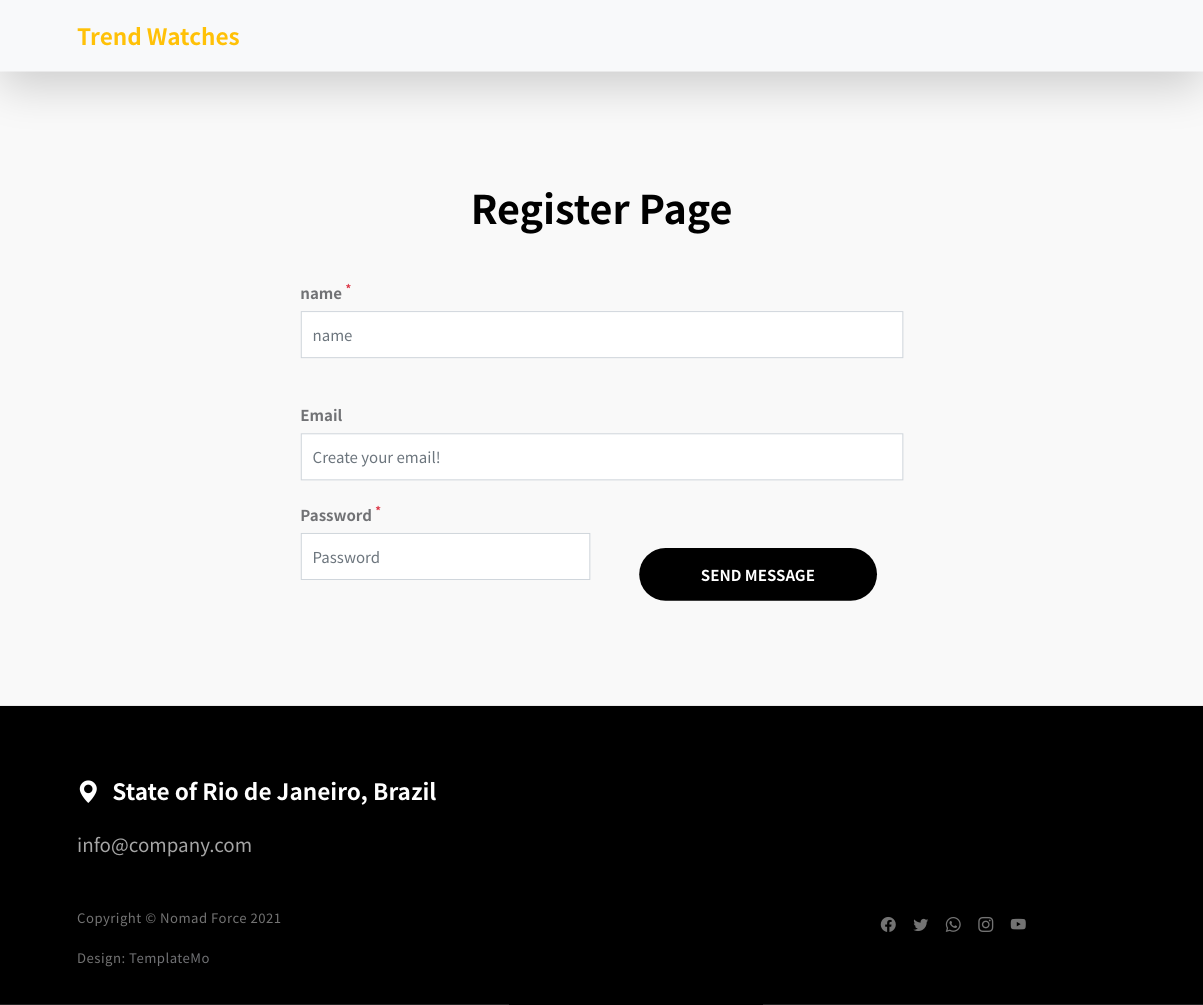
Repository: maqsudov0371/homework
Page: http://localhost/register-user
These files come from the project's save history. The page is drawn as it stood at one moment and after the next save; the edit follows.
The browser window is 1280 px wide. The pictures show the whole page, at 94% of full size.
The page is served by the project's application, run on Django 5.2 (manage.py). Other server files are loaded and not shown.

Above is the page before, as saved 2024-07-13 14:34:41.

### templates/register.html
<!doctype html>
<html lang="en">
    {% load static %}
    <head>
        <meta charset="utf-8">
        <meta name="viewport" content="width=device-width, initial-scale=1">

        <meta name="description" content="">
        <meta name="author" content="">

        <title>Nomad Force HTML Bootstrap 5 Template</title>

        <!-- CSS FILES -->
        <link rel="preconnect" href="https://fonts.googleapis.com">

        <link rel="preconnect" href="https://fonts.gstatic.com" crossorigin>

        <link href="https://fonts.googleapis.com/css2?family=Noto+Sans+JP:wght@100;300;400;700;900&display=swap" rel="stylesheet">

        <link href="{% static 'css/bootstrap.min.css' %}" rel="stylesheet">
        <link href="{% static 'css/bootstrap-icons.css' %}" rel="stylesheet">

        <link rel="stylesheet" href="{% static 'css/magnific-popup.css' %} ">

        <link href="{% static 'css/aos.css' %}" rel="stylesheet">

        <link href="{% static 'css/templatemo-nomad-force.css' %}" rel="stylesheet">
<!--

TemplateMo 567 Nomad Force

https://templatemo.com/tm-567-nomad-force

-->
    </head>

    <body>

        <main>



            <nav class="navbar navbar-expand-lg bg-light shadow-lg">
                <div class="container">
                    <a class="navbar-brand" href="index.html">
                        <strong>Trend Watches</strong>
                    </a>

                    <button class="navbar-toggler" type="button" data-bs-toggle="collapse" data-bs-target="#navbarNav" aria-controls="navbarNav" aria-expanded="false" aria-label="Toggle navigation">
                        <span class="navbar-toggler-icon"></span>
                    </button>

                </div>
            </nav>



            <section class="news section-padding" id="news">
                <div class="container">
                    <div class="row">

                        <div class="col-lg-7 col-12 mx-auto">

                            <h2 class="mb-4 text-center aos-init aos-animate" data-aos="fade-up">Register Page</h2>

                            <form action="#" method="post" class="contact-form aos-init aos-animate" role="form" data-aos="fade-up">

                                {% csrf_token %}
                                <div class="row">
                                    <div class="col-12 my-4">
                                        <label for="name" class="form-label">name <sup class="text-danger">*</sup></label>

                                        <input type="text" name="name" id="name" class="form-control" placeholder="name" required="">
                                    </div>

                                    <div class="col-12 my-4">
                                        <label for="email" class="form-label">Email</label>

                                        <input name="email" rows="6" class="form-control" id="email" placeholder="Create your email!" required=""></input>
                                    </div>

                                    <div class="col-lg-6 col-6">
                                        <label for="paswoord" class="form-label">Password <sup class="text-danger">*</sup></label>

                                        <input type="password" name="password" id="password"  class="form-control" placeholder="Password" >
                                    </div>

                                <div class="col-lg-5 col-12 mx-auto mt-5">
                                    <button type="submit" class="form-control">Send Message</button>
                                </div>
                            </form>
                        </div>
                </div>
            </section>




        </main>

        <footer class="site-footer">
            <div class="container">
                <div class="row">

                    <div class="col-12">
                        <h5 class="text-white">
                            <i class="bi-geo-alt-fill me-2"></i>
                            State of Rio de Janeiro, Brazil
                        </h5>

                        <a href="mailto:info@company.com" class="custom-link mt-3 mb-5">
                            info@company.com
                        </a>
                    </div>

                    <div class="col-6">
                        <p class="copyright-text mb-0">Copyright © Nomad Force 2021

                        <br><br>Design: <a href="https://templatemo.com/page/1" target="_parent">TemplateMo</a></p>

                    </div>

                    <div class="col-lg-3 col-5 ms-auto">
                        <ul class="social-icon">
                            <li><a href="#" class="social-icon-link bi-facebook"></a></li>

                            <li><a href="#" class="social-icon-link bi-twitter"></a></li>

                            <li><a href="#" class="social-icon-link bi-whatsapp"></a></li>

                            <li><a href="#" class="social-icon-link bi-instagram"></a></li>

                            <li><a href="#" class="social-icon-link bi-youtube"></a></li>
                        </ul>
                    </div>

                </div>
            </section>
        </footer>

        <!-- JAVASCRIPT FILES -->
        <script src="{% static 'js/jquery.min.js' %}"></script>
        <script src="{% static 'js/bootstrap.bundle.min.js' %}"></script>
        <script src="{% static 'js/jquery.sticky.js' %}"></script>
        <script src="{% static 'js/aos.js' %}"></script>
        <script src="{% static 'js/jquery.magnific-popup.min.js' %}"></script>
        <script src="{% static 'js/magnific-popup-options.js' %}"></script>
        <script src="{% static 'js/scrollspy.min.js' %}"></script>
        <script src="{% static 'js/custom.js' %}"></script>

    </body>
</html>

### main/views.py
from django.shortcuts import render
from . import models

def watches(request):
    posts = models.Watches.objects.all()
    for post in posts:
        post.img = models.WatchImg.objects.filter(watch__id=post.id).last().img

    context = {
        'post':posts
    }
    return render(request, 'watches.html', context)


def register_user(request):
    if request.method == 'POST':
        print(request.POST['name'])
        print(request.POST['password'])

        models.User.objects.create(
            name= 'name',
            email = 'email',
            password = 'password'
        )
    return render(request, 'register.html')

### Watches/urls.py
"""
URL configuration for Watches project.

The `urlpatterns` list routes URLs to views. For more information please see:
    https://docs.djangoproject.com/en/5.0/topics/http/urls/
Examples:
Function views
    1. Add an import:  from my_app import views
    2. Add a URL to urlpatterns:  path('', views.home, name='home')
Class-based views
    1. Add an import:  from other_app.views import Home
    2. Add a URL to urlpatterns:  path('', Home.as_view(), name='home')
Including another URLconf
    1. Import the include() function: from django.urls import include, path
    2. Add a URL to urlpatterns:  path('blog/', include('blog.urls'))
"""
from django.contrib import admin
from django.urls import path, include
from django.conf import settings
from django.conf.urls.static import static

urlpatterns = [
    path('admin/', admin.site.urls),
    path('', include('main.urls'))
]+static(settings.MEDIA_URL, document_root=settings.MEDIA_ROOT)

### main/urls.py
from . import views
from django.urls import path

urlpatterns = [
    path('', views.watches),
    path('register-user', views.register_user, name='register_user')
]

### static/css/templatemo-nomad-force.css
/*

TemplateMo 567 Nomad Force

https://templatemo.com/tm-567-nomad-force

*/

/*---------------------------------------
  CUSTOM PROPERTIES ( VARIABLES )
-----------------------------------------*/
:root {
  --white-color:                  #FFFFFF;
  --primary-color:                #ffc107;
  --section-bg-color:             #f9f9f9;
  --dark-color:                   #000000;
  --grey-color:                   #fcfeff;
  --text-secondary-white-color:   rgba(255, 255, 255, 0.98);
  --title-color:                  #565758;
  --p-color:                      #717275;

  --body-font-family:           'Noto Sans JP', sans-serif;

  --h1-font-size:               72px;
  --h2-font-size:               42px;
  --h3-font-size:               36px;
  --h4-font-size:               32px;
  --h5-font-size:               24px;
  --h6-font-size:               22px;
  --p-font-size:                20px;
  --copyright-text-font-size:   14px;
  --custom-link-font-size:      12px;

  --font-weight-light:          300;
  --font-weight-normal:         400;
  --font-weight-bold:           700;
  --font-weight-black:          900;
}

body,
html {
  height: 100%;
}

body {
    background: var(--white-color);
    font-family: var(--body-font-family);
    position: relative;
}

/*---------------------------------------
  TYPOGRAPHY
-----------------------------------------*/

h2,
h3,
h4,
h5,
h6 {
  color: var(--dark-color);
  line-height: inherit;
}

h1,
h2,
h3,
h4,
h5,
h6 {
  font-weight: var(--font-weight-bold);
}

h1,
h2 {
  font-weight: var(--font-weight-black);
}

h1 {
  font-size: var(--h1-font-size);
  line-height: normal;
}

h2 {
  font-size: var(--h2-font-size);
}

h3 {
  font-size: var(--h3-font-size);
}

h4 {
  font-size: var(--h4-font-size);
}

h5 {
  font-size: var(--h5-font-size);
}

h6 {
  font-size: var(--h6-font-size);
}

p {
  color: var(--p-color);
  font-size: var(--p-font-size);
  font-weight: var(--font-weight-light);
  letter-spacing: 0.5px;
}

.text-secondary-white-color {
  color: var(--text-secondary-white-color);
}

a,
button {
  touch-action: manipulation;
  transition: all 0.3s;
}

a {
  color: var(--p-color);
  text-decoration: none;
}

a:hover {
  color: var(--primary-color);
}

::selection {
  background: var(--dark-color);
  color: var(--white-color);
}

.custom-underline {
  border-bottom: 2px solid var(--white-color);
  color: var(--white-color);
  padding-bottom: 4px;
}

.videoWrapper {
  position: relative;
  padding-bottom: 56.25%; /* 16:9 */
  height: 0;
  z-index: -100;
}

.custom-video {
  position: absolute;
  top: 0;
  left: 0;
  width: 100%;
  height: 100%;
}

.overlay {
  background: linear-gradient(to top, #000, transparent 90%);
  position: absolute;
  top: 0;
  right: 0;
  bottom: 0;
  left: 0;
}

/*---------------------------------------
  CUSTOM LINK
-----------------------------------------*/
.custom-links {
  max-width: 230px;
}

.custom-link {
  position: relative;
  overflow: hidden;
  z-index: 1;
  display: inline-block;
  transition: all .3s cubic-bezier(.645,.045,.355,1);
}

.custom-link::after {
  content: "";
  width: 0;
  height: 2px;
  bottom: 0;
  position: absolute;
  left: auto;
  right: 0;
  z-index: -1;
  transition: width .6s cubic-bezier(.25,.8,.25,1) 0s;
  background: currentColor;
}

.custom-link:hover::after {
  width: 100%;
  left: 0;
  right: auto;
}

.custom-link:hover,
.custom-link:hover::after {
  color: var(--white-color);
}

b,
strong {
  font-weight: var(--font-weight-bold);
}

/*---------------------------------------
  NAVIGATION
-----------------------------------------*/

.navbar {
  z-index: 9;
  right: 0;
  left: 0;
  padding-top: 15px;
  padding-bottom: 15px;
}

.navbar-brand {
  color: var(--primary-color);
  font-size: 24px;
  font-weight: var(--font-weight-bold);
}

.navbar-expand-lg .navbar-nav .nav-link {
  padding-right: 15px;
  padding-left: 15px;
}

.navbar-nav .nav-link::after {
  content: "\f140";
  font-family: bootstrap-icons;
  display: inline-block;
  margin-left: 10px;
  color: var(--primary-color);
  opacity: 0;
  -webkit-transition: opacity 0.3s, -webkit-transform 0.3s;
  -moz-transition: opacity 0.3s, -moz-transform 0.3s;
  transition: opacity 0.3s, transform 0.3s;
  -webkit-transform: translateY(10px);
  -moz-transform: translateY(10px);
  transform: translateY(10px);
}

.navbar-nav .nav-link:hover::after {
  opacity: 1;
  -webkit-transform: translateY(0px);
  -moz-transform: translateY(0px);
  transform: translateY(0px);
}

.navbar-nav .nav-link {
  color: var(--p-color);
  font-size: 18px;
  font-weight: var(--font-weight-bold);
  position: relative;
}

.navbar-nav .nav-link:hover::after,
.navbar-nav .nav-item.active .nav-link::after {
  color: var(--primary-color);
  opacity: 1;
  -webkit-transform: translateY(0px);
  -moz-transform: translateY(0px);
  transform: translateY(0px);
}

.navbar-nav .nav-item.active .nav-link,
.nav-link:focus,
.nav-link:hover {
  color: var(--dark-color);
}

.nav-link:focus {
  color: var(--p-color);
}

.navbar-toggler {
  border: 0;
  padding: 0;
  cursor: pointer;
  margin: 0;
  width: 30px;
  height: 35px;
  outline: none;
}

.navbar-toggler:focus {
  outline: none;
  box-shadow: none;
}

.navbar-toggler[aria-expanded="true"] .navbar-toggler-icon {
  background: transparent;
}

.navbar-toggler[aria-expanded="true"] .navbar-toggler-icon:before,
.navbar-toggler[aria-expanded="true"] .navbar-toggler-icon:after {
  transition: top 300ms 50ms ease, -webkit-transform 300ms 350ms ease;
  transition: top 300ms 50ms ease, transform 300ms 350ms ease;
  transition: top 300ms 50ms ease, transform 300ms 350ms ease, -webkit-transform 300ms 350ms ease;
  top: 0;
}

.navbar-toggler[aria-expanded="true"] .navbar-toggler-icon:before {
  transform: rotate(45deg);
}

.navbar-toggler[aria-expanded="true"] .navbar-toggler-icon:after {
  transform: rotate(-45deg);
}

.navbar-toggler .navbar-toggler-icon {
  background: var(--dark-color);
  transition: background 10ms 300ms ease;
  display: block;
  width: 30px;
  height: 2px;
  position: relative;
}

.navbar-toggler .navbar-toggler-icon:before,
.navbar-toggler .navbar-toggler-icon:after {
  transition: top 300ms 350ms ease, -webkit-transform 300ms 50ms ease;
  transition: top 300ms 350ms ease, transform 300ms 50ms ease;
  transition: top 300ms 350ms ease, transform 300ms 50ms ease, -webkit-transform 300ms 50ms ease;
  position: absolute;
  right: 0;
  left: 0;
  background: var(--dark-color);
  width: 30px;
  height: 2px;
  content: '';
}

.navbar-toggler .navbar-toggler-icon:before {
  top: -8px;
}

.navbar-toggler .navbar-toggler-icon:after {
  top: 8px;
}

/*---------------------------------------
  HERO
-----------------------------------------*/
.hero {
  position: relative;
  overflow: hidden;
}

@media screen and (min-width: 992px) {
  .hero {
    height: 100vh;
  }

  .custom-video,
  .news-detail-image {
    object-fit: cover;
    width: 100vw;
    height: 100vh;
  }

  .sticky-wrapper {
    position: relative;
    bottom: 76px;
  }
}

.heroText {
  position: absolute;
  z-index: 9;
  top: 50%;
  left: 50%;
  transform: translate(-50%, -50%);
  width: 85%;
  text-align: center;
}

/*---------------------------------------
  ABOUT & TEAM MEMBERS
-----------------------------------------*/
.about-image,
.team-image {
  width: 100%;
  height: 100%;
  max-height: 635px;
  min-height: 475px;
  object-fit: cover;
}

.team-thumb {
  background: var(--white-color);
  position: absolute;
  bottom: 0;
  right: 0;
  width: 65%;
  padding: 22px 32px 32px 32px;
}

.carousel-control-next,
.carousel-control-prev {
  top: auto;
  bottom: 2.5rem;
}

.carousel-control-prev {
  right: 4rem;
  left: auto;
}

.carousel-control-next-icon,
.carousel-control-prev-icon {
  background-color: var(--dark-color);
  background-size: 50% 50%;
  border-radius: 100px;
  width: 3rem;
  height: 3rem;
}

/*---------------------------------------
  PORTFOLIO
-----------------------------------------*/
.portfolio-thumb {
  position: relative;
  overflow: hidden;
}

.portfolio-info {
  margin: 20px;
}

/*---------------------------------------
  NEWS & EVENTS
-----------------------------------------*/

.news,
.related-news {
  background: var(--section-bg-color);
}

.news-thumb {
  position: relative;
}

.news-category {
  background: var(--white-color);
  position: absolute;
  z-index: 9;
  top: 0;
  left: 0;
  padding: 4px 12px;
  display: inline-block;
}

.news-text-info {
  margin: 0 20px;
}

.news-title {
  margin-top: 15px;
  margin-bottom: 15px;
}

.news-title-link {
  color: var(--title-color);
  display: inline-block;
}

.news-title-link:hover {
  color: var(--dark-color);
}

.portfolio-image,
.news-image {
  display: block;
  transition: transform 0.6s ease-out;
}

.news-image-hover {
  display: inline-block;
  position: relative;
  overflow: hidden;
  z-index: 1;
  transition: all .3s cubic-bezier(.645,.045,.355,1);
  padding-bottom: 4px;
  height: 100%;
}

.news-image-hover::after {
  content: "";
  width: 0;
  height: 4px;
  bottom: 0;
  position: absolute;
  left: auto;
  right: 0;
  z-index: -1;
  transition: width .6s cubic-bezier(.25,.8,.25,1) 0s;
  background: #198754;
}

.news-image-hover-warning::after {
  background: #ffc107;
}

.news-image-hover-primary::after {
  background: #0d6efd;
}

.news-image-hover-success::after {
  background: #198754;
}

.news-image-hover:hover::after {
  width: 100%;
  left: 0;
  right: auto;
  z-index: 9;
}

.image-popup:hover .portfolio-image,
.news-image-hover:hover .news-image {
  transform: scale(1.02);
}

.news-two-column {
  min-height: 199px;
  margin-bottom: 16px;
}

.news-two-column .news-image {
  width: 100%;
  height: 100%;
  object-fit: cover;
}

.social-share-link,
.social-share-link + span {
  color: rgba(255, 255, 255, 0.65);
}

/*---------------------------------------
  SECTION
-----------------------------------------*/
.section-padding {
  padding-top: 7rem;
  padding-bottom: 7rem;
}

/*---------------------------------------
  CONTACT
-----------------------------------------*/
.contact-info {
  padding: 40px;
}

.contact-form .form-control {
  border-radius: 0;
  font-weight: var(--font-weight-normal);
  padding-top: 12px;
  padding-bottom: 12px;
}

.contact-form button[type='submit'] {
  background: var(--dark-color);
  border: none;
  border-radius: 100px;
  color: var(--white-color);
  font-weight: var(--font-weight-bold);
  text-transform: uppercase;
  padding: 16px;
  transition: all 0.6s ease-out;
}

.contact-form button[type='submit']:hover {
  background: var(--primary-color);
}

.form-label {
  color: var(--p-color);
  font-weight: var(--font-weight-bold);
}

.map-iframe {
  display: block;
  filter: grayscale(100);
}

/*---------------------------------------
  SITE FOOTER
-----------------------------------------*/
.site-footer {
  background: var(--dark-color);
  padding-top: 4.5rem;
  padding-bottom: 2.5rem;
}

.site-footer .custom-link {
  color: rgba(255, 255, 255, 0.65);
  font-size: var(--p-font-size);
}

.site-footer .custom-link:hover,
.site-footer .social-icon-link:hover {
  color: var(--white-color);
}

.copyright-text {
  color: rgba(255, 255, 255, 0.45);
  font-size: var(--copyright-text-font-size);
}

/*---------------------------------------
  SOCIAL ICON
-----------------------------------------*/
.social-icon {
  margin: 0;
  padding: 0;
}

.social-icon li {
  list-style: none;
  display: inline-block;
  vertical-align: top;
}

.social-icon-link {
  color: rgba(255, 255, 255, 0.45);
  font-size: 1rem;
  display: inline-block;
  vertical-align: top;
  margin-top: 4px;
  margin-bottom: 4px;
  margin-right: 15px;
}

.social-icon-link:hover {
  color: var(--primary-color);
}

/*---------------------------------------
  RESPONSIVE STYLES
-----------------------------------------*/
@media screen and (min-width: 1600px) {
  .news-two-column {
    min-height: 232.5px;
  }
}

@media screen and (max-width: 991px) {
  h1 {
    font-size: 48px;
  }

  h2 {
    font-size: 36px;
  }

  h3 {
    font-size: 32px;
  }

  h4 {
    font-size: 28px;
  }

  h5 {
    font-size: 20px;
  }

  h6 {
    font-size: 18px;
  }

  .navbar {
    padding-top: 10px;
    padding-bottom: 10px;
  }

  .section-padding {
    padding-top: 6rem;
    padding-bottom: 6rem;
  }

  .team-thumb {
    left: 0;
    width: auto;
  }

  .news-two-column {
    height: auto !important;
    min-height: inherit;
  }

  .news .col-12 .news-two-column:first-child {
    margin-bottom: 38px;
  }
}

@media screen and (max-width: 767px) {
  .news-detail-title {
    font-size: 36px;
  }
}

@media screen and (max-width: 360px) {
  h1 {
    font-size: 32px;
  }

  .heroText p {
    font-size: 14px;
  }
}

@media screen and (max-width: 359px) {
  .news-detail-title {
    font-size: 22px;
  }
}

### static/js/custom.js

  (function ($) {

  "use strict";

    // AOS ANIMATIONS
    AOS.init();

    // NAVBAR
    $('.navbar-nav .nav-link').click(function(){
        $(".navbar-collapse").collapse('hide');
    });

    // NEWS IMAGE RESIZE
    function NewsImageResize(){
      $(".navbar").scrollspy({ offset: -76 });

      var LargeImage = $('.large-news-image').height();

      var MinusHeight = LargeImage - 6;

      $('.news-two-column').css({'height' : (MinusHeight - LargeImage / 2) + 'px'});
    }

    $(window).on("resize", NewsImageResize);
    $(document).on("ready", NewsImageResize);

    $('a[href*="#"]').click(function (event) {
      if (
        location.pathname.replace(/^\//, '') == this.pathname.replace(/^\//, '') && location.hostname == this.hostname) {
        var target = $(this.hash);
        target = target.length ? target : $('[name=' + this.hash.slice(1) + ']');
        if (target.length) {
          event.preventDefault();
          $('html, body').animate({
            scrollTop: target.offset().top - 66
          }, 1000);
        }
      }
    });

  })(window.jQuery);

Loaded but not shown: static/css/bootstrap.min.css (library); static/css/bootstrap-icons.css (library); static/css/magnific-popup.css (library); static/css/aos.css (library); static/js/jquery.min.js (library); static/js/bootstrap.bundle.min.js (library); static/js/jquery.sticky.js (library); static/js/aos.js (library); static/js/jquery.magnific-popup.min.js (library); static/js/magnific-popup-options.js (common file); static/js/scrollspy.min.js (common file)

After the next save:
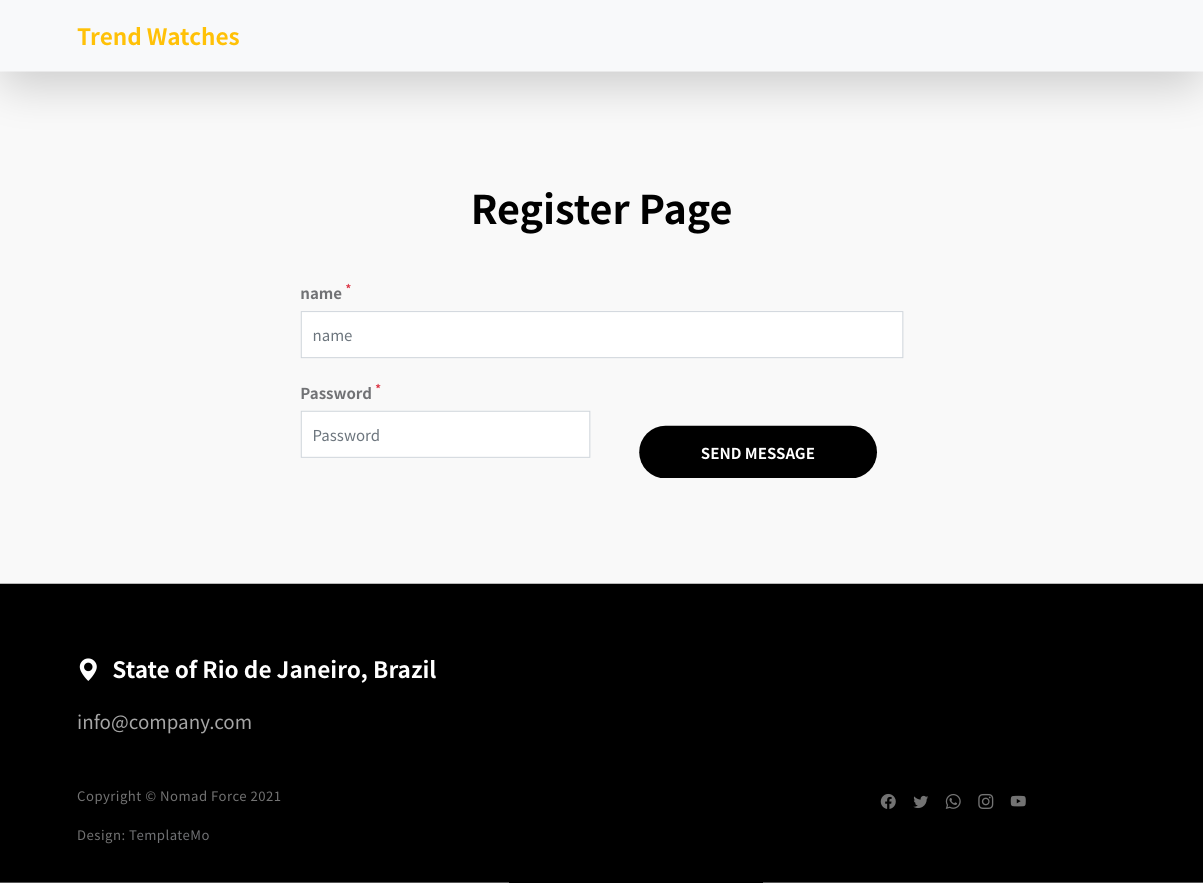
Saved 5 min 25 s later.
--- a/templates/register.html
+++ b/templates/register.html
@@ -73,11 +73,6 @@ https://templatemo.com/tm-567-nomad-force
                                         <input type="text" name="name" id="name" class="form-control" placeholder="name" required="">
                                     </div>
 
-                                    <div class="col-12 my-4">
-                                        <label for="email" class="form-label">Email</label>
-
-                                        <input name="email" rows="6" class="form-control" id="email" placeholder="Create your email!" required=""></input>
-                                    </div>
 
                                     <div class="col-lg-6 col-6">
                                         <label for="paswoord" class="form-label">Password <sup class="text-danger">*</sup></label>
